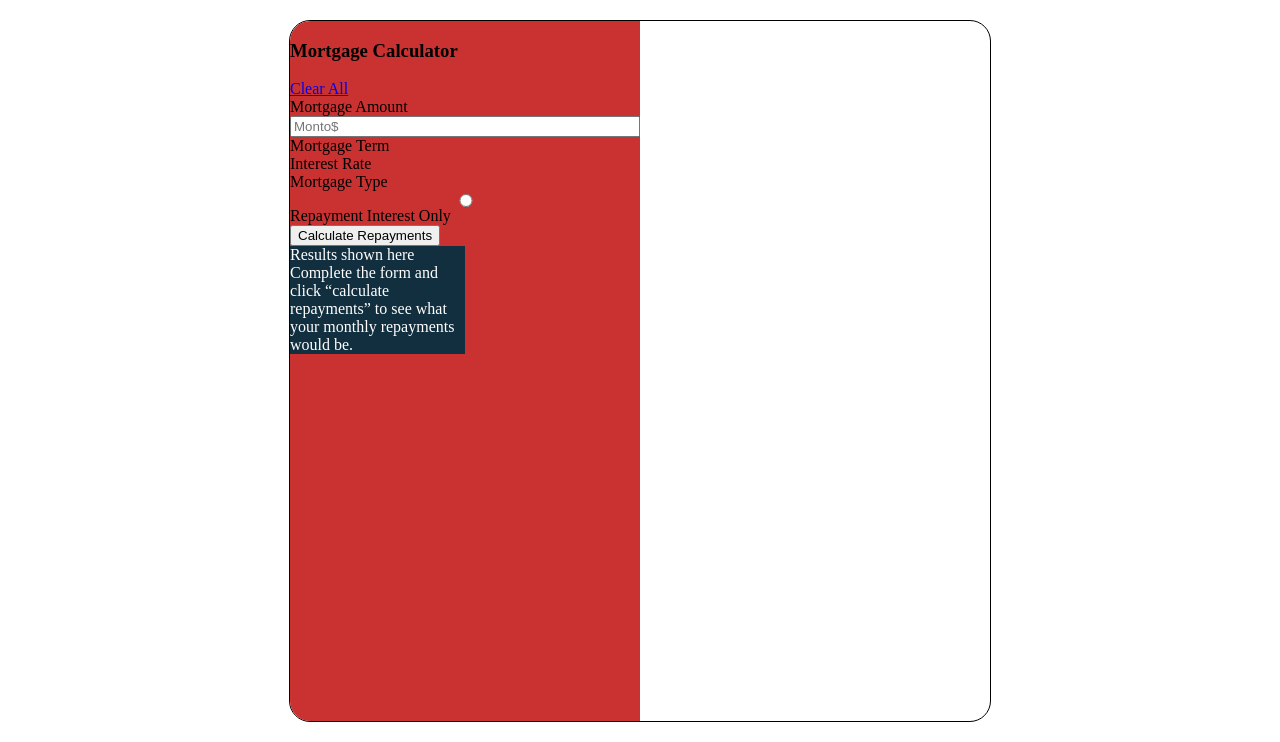
Repository: GravielPV/Mortgage-repayment-calculator
Page: index.html
These files come from the project's save history. The page is drawn as it stood at one moment and after the next save; the edit follows.
The browser window is 1280 px wide. The pictures show the whole page.

Above is the page before, as saved 2025-12-11 16:57:24.

After the next save:
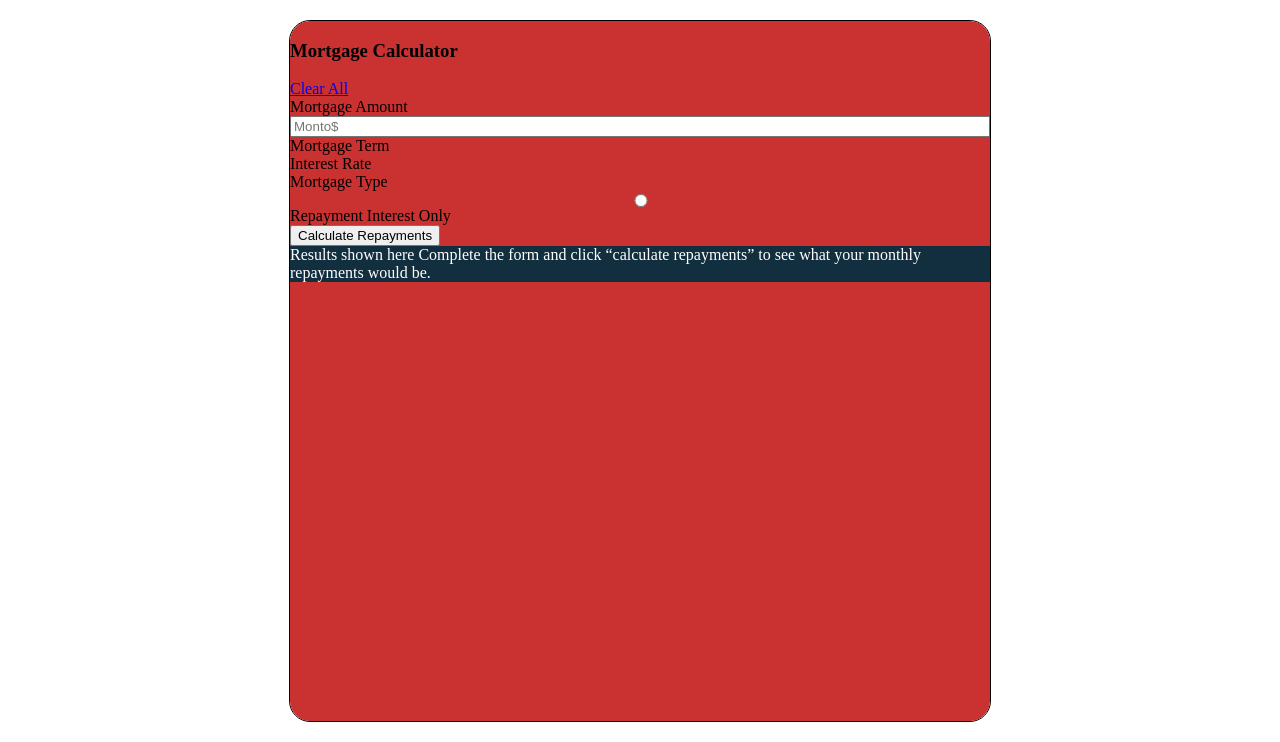
Saved 12 s later.
--- a/styles.css
+++ b/styles.css
@@ -9,7 +9,7 @@ border: 1px solid rgb(0, 0, 0);
 }
 
 .lado{
-    width: 50%;
+
     display: flex;
     flex-direction: column;
 }
